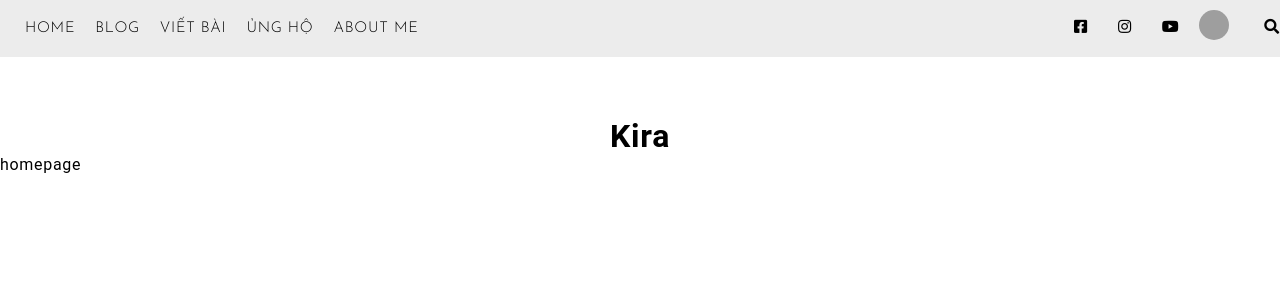
Repository: DTien93/blog-meanstack
Page: / (app in my-app/)
An editor plug-in stored every save of this project. The page is shown before and after the next save, followed by the edit.
The browser window is 1280 px wide. The pictures show the whole page.
Pictures or frames that could not be fetched are drawn as grey boxes. Some web libraries are served in a nearby version. The project was rebuilt for these pictures with package versions that can differ from the ones it lists, and the page was loaded fresh each time. Also part of the build but not shown: my-app/src/components/pages/home.css.

Above is the page before, as saved 2021-08-21 16:07:14.

After the next save:
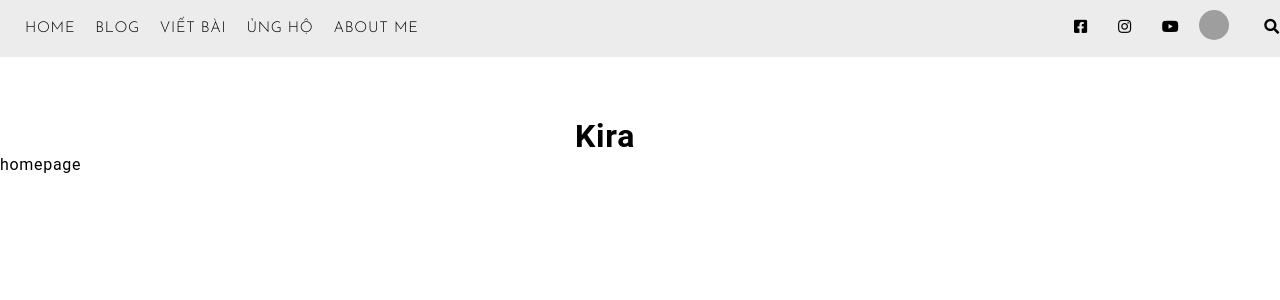
Saved 5 s later.
--- a/my-app/src/components/Header/header.css
+++ b/my-app/src/components/Header/header.css
@@ -10,5 +10,5 @@
 }
 
 .header__titles-heading {
-
+    width: 130px;
 }
